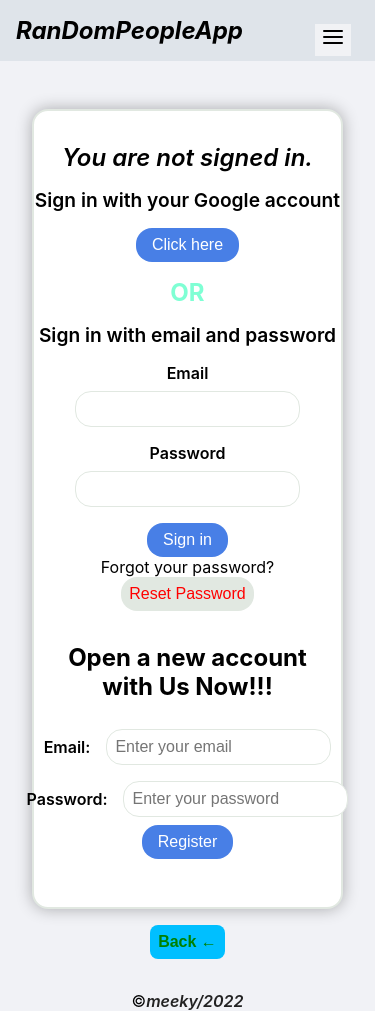
Repository: MikkyPrestige/RandomProfiles
Page: /profile
An editor plug-in stored every save of this project. The page is shown before and after the next save, followed by the edit.
The browser window is 375 px wide. The pictures show the whole page.
The project was rebuilt for these pictures with package versions that can differ from the ones it lists, and the page was loaded fresh each time. Also part of the build but not shown: src/assets/styles/home.css, src/components/home.jsx, src/components/users.jsx, src/assets/styles/search.css, src/components/search.jsx, src/assets/styles/help.css, src/components/help.jsx, src/assets/styles/about.css and 8 more.

Above is the page before, as saved 2022-12-07 03:07:45.

### public/index.html
<!DOCTYPE html>
<html lang="en">

<head>
  <meta charset="utf-8" />
  <link rel="icon" href="%PUBLIC_URL%/favicon.ico" />
  <meta name="viewport" content="width=device-width, initial-scale=1" />
  <meta name="theme-color" content="#000000" />
  <meta name="description" content="Web site created using create-react-app" />
  <link rel="apple-touch-icon" href="%PUBLIC_URL%/logo192.png" />
  <!--
      manifest.json provides metadata used when your web app is installed on a
      user's mobile device or desktop. See https://developers.google.com/web/fundamentals/web-app-manifest/
    -->
  <link rel="manifest" href="%PUBLIC_URL%/manifest.json" />
  <!--
      Notice the use of %PUBLIC_URL% in the tags above.
      It will be replaced with the URL of the `public` folder during the build.
      Only files inside the `public` folder can be referenced from the HTML.

      Unlike "/favicon.ico" or "favicon.ico", "%PUBLIC_URL%/favicon.ico" will
      work correctly both with client-side routing and a non-root public URL.
      Learn how to configure a non-root public URL by running `npm run build`.
    -->
  <title>AltSchool Assignment 2</title>
</head>

<body>
  <noscript>You need to enable JavaScript to run this app.</noscript>
  <div id="root"></div>
  <!--
      This HTML file is a template.
      If you open it directly in the browser, you will see an empty page.

      You can add webfonts, meta tags, or analytics to this file.
      The build step will place the bundled scripts into the <body> tag.

      To begin the development, run `npm start` or `yarn start`.
      To create a production bundle, use `npm run build` or `yarn build`.
    -->
</body>

</html>

### src/index.css
body {
  margin: 0;
  font-family: -apple-system, BlinkMacSystemFont, 'Segoe UI', 'Roboto', 'Oxygen',
    'Ubuntu', 'Cantarell', 'Fira Sans', 'Droid Sans', 'Helvetica Neue',
    sans-serif;
  -webkit-font-smoothing: antialiased;
  -moz-osx-font-smoothing: grayscale;
  background-color: #f1f2f6;
}

code {
  font-family: source-code-pro, Menlo, Monaco, Consolas, 'Courier New',
    monospace;
}

### src/App.jsx
import * as React from "react";
import { ErrorBoundary } from "react-error-boundary";
import { Route, Routes } from "react-router-dom";
import {
  Layout,
  Home,
  Users,
  Search,
  Help,
  About,
  Error,
  ErrorFallBack,
  Profile,
  ProfileDisplay,
  Register,
  UpdatePassword,
  Footer,
} from "./components";

const App = () => {
  return (
    <div className="App">
      <main>
        <ErrorBoundary FallbackComponent={ErrorFallBack}>
          <Layout />
          <Routes>
            <Route path="/" element={<Home />} />
            <Route path="users">
              <Route index element={<Users />} />
              <Route path=":id" element={<Search />} />
            </Route>
            <Route path="profile" element={<Profile />} />
            <Route path="profileDisplay" element={<ProfileDisplay />} />
            <Route path="register" element={<Register />} />
            <Route path="update" element={<UpdatePassword />} />
            <Route path="help" element={<Help />} />
            <Route path="about" element={<About />} />
            <Route path="*" element={<Error />} />
          </Routes>
        </ErrorBoundary>
        <Footer />
      </main>
    </div>
  );
};

export default App;

### src/components/index.js
export {  Layout, Back } from "./layout";
export { default as Home } from "./home";
export { default as Users } from "./users";
export { default as Search } from "./search";
export { default as Help } from "./help";
export { default as About } from "./about";
export { default as Error } from "./error";
export { default as ErrorFallBack } from "./errorFallback";
export { default as Profile } from "./profile";
export { default as ProfileDisplay } from "./profileDisplay";
export { default as Register } from "./register";
export { default as UpdatePassword } from "./update";
export { Footer } from "./avatar";

### src/components/layout.jsx
// LAYOUT COMPONENT - This component is for the App Layout that displays the Navigation bar in the app UI to the user when app is open

import { useState } from "react";
import { NavLink } from "react-router-dom";
import "../assets/styles/layout.css";
import { MdClose } from "react-icons/md";
import { FiMenu } from "react-icons/fi";

const CustomNavLink = ({ to, ...props }) => {
  let activeStyle = {
    textDecoration: "underline",
    color: "red",
  };

  return (
    <NavLink
      style={({ isActive }) =>
        isActive ? activeStyle : { textDecoration: "none" }
      }
      to={to}
      end
      {...props}
    />
  );
};

const LayoutSmall = () => {
  const [nav, setNav] = useState(false);

  const toggleNav = () => {
    setNav(!nav);
  };

  const closeNav = () => {
    setNav(false);
  };

  return (
    <div className="layout small">
      <header className="layout__header">
        <div className="layout__header--text">
          <h1 className="layout__header--title">RanDomPeopleApp</h1>
        </div>
        <nav className="layout__nav">
          <button onClick={toggleNav} className="layout--btn">
            {nav ? (
              <MdClose className="layout__btn--icon" />
            ) : (
              <FiMenu className="layout__btn--icon" />
            )}
          </button>
          <div className={`menuNav ${nav ? " showMenu" : ""}`}>
            <CustomNavLink
              to="/"
              end
              className="nav__item"
              onClick={() => closeNav()}
            >
              Home
            </CustomNavLink>
            <CustomNavLink
              to="profile"
              className="nav__item"
              onClick={() => closeNav()}
            >
              Users
            </CustomNavLink>
            <CustomNavLink
              to="about"
              className="nav__item"
              onClick={() => closeNav()}
            >
              About
            </CustomNavLink>
            <CustomNavLink
              to="help"
              className="nav__item"
              onClick={() => closeNav()}
            >
              Features
            </CustomNavLink>
          </div>
        </nav>
      </header>
    </div>
  );
};

const LayoutLarge = () => {
  return (
    <div className="layout large">
      <header className="layout__header">
        <div className="layout__header--text">
          <h1 className="layout__header--title">RanDomPeopleApp</h1>
        </div>
        <nav className="layout__nav">
          <div className="nav__items--large">
            <CustomNavLink to="/" className="nav__item--large">
              Home
            </CustomNavLink>
            <CustomNavLink to="profile" className="nav__item--large">
              Users
            </CustomNavLink>
            <CustomNavLink to="about" className="nav__item--large">
              About
            </CustomNavLink>
            <CustomNavLink to="help" className="nav__item--large">
              Features
            </CustomNavLink>
          </div>
        </nav>
      </header>
    </div>
  );
};

const Layout = () => {
  return (
    <div>
      <LayoutSmall />
      <LayoutLarge />
    </div>
  );
};

//  Navigate back home button
const Back = () => {
  const [isHover, setIsHover] = useState(false);

  const handleMouseEnter = () => {
    setIsHover(true);
  };

  const handleMouseLeave = () => {
    setIsHover(false);
  };

  const style = {
    border: "none",
    borderRadius: ".5rem",
    padding: " .5rem",
    fontSize: "1rem",
    fontWeight: "600",
    cursor: "pointer",
    backgroundColor: isHover ? "lightblue" : "rgb(0, 191, 255)",
    color: isHover ? "#f00" : "green",
  };

  return (
    <NavLink to="/" className="back__button">
      <button
        style={style}
        onMouseEnter={handleMouseEnter}
        onMouseLeave={handleMouseLeave}
      >
        Back ←{" "}
      </button>
    </NavLink>
  );
};

export { Layout, Back };

### src/components/profile.jsx
import {
  signInWithRedirect,
  auth,
  provider,
  getRedirectResult,
  onAuthStateChanged,
  createUserWithEmailAndPassword,
  // RecaptchaVerifier,
  // signInWithPhoneNumber,
  signInWithEmailAndPassword,
  sendPasswordResetEmail,
} from "../config";
import { useEffect, useState } from "react";
import { useNavigate } from "react-router-dom";
import "../assets/styles/profile.css";
import { Back } from "./layout";

const Profile = () => {
  const [user, setUser] = useState(null);
  const [signedIn, setSignedIn] = useState(false);
  // sign in form state
  const [email, setEmail] = useState("");
  const [password, setPassword] = useState("");
  const [error, setError] = useState(null);
  // Register form state
  const [registerEmail, setRegisterEmail] = useState("");
  const [registerPassword, setRegisterPassword] = useState("");
  const [registerError, setRegisterError] = useState(null);

  const navigate = useNavigate();

  // handle register form
  const handleRegister = (e) => {
    e.preventDefault();
    createUserWithEmailAndPassword(auth, registerEmail, registerPassword)
      .then(() => {
        // Signed in
        console.log("User account created & signed in!");
      })
      .catch((registerError) => {
        if (registerError.code === "auth/email-already-in-use") {
          setRegisterError("This email address is already in use!");
        }
        if (registerError.code === "auth/invalid-email") {
          setRegisterError("This email address is invalid!");
        }
        if (registerError.code === "auth/weak-password") {
          setRegisterError("Password should be at least 6 characters");
        }
        console.error(registerError);
      });
  };

  // sign in with email and password
  const handleSignIn = (e) => {
    e.preventDefault();
    signInWithEmailAndPassword(auth, email, password)
      .then(() => {
        console.log("User signed in!");
      })
      .catch((error) => {
        if (error.code === "auth/wrong-password") {
          setError("Wrong password!");
        }
        if (error.code === "auth/user-not-found") {
          setError("User not found!");
        }
        console.error(error);
      });
  };

  // handle sign In
  const signIn = (e) => {
    e.preventDefault();
    signInWithRedirect(auth, provider);
  };

  // Send a password reset email
  const handlePasswordReset = (e) => {
    e.preventDefault();
    sendPasswordResetEmail(auth, email)
      .then(() => {
        // console.log("Password reset email sent!");
        alert("Password reset email sent!");
      })
      .catch((error) => {
        const errorCode = error.code;
        const errorMessage = error.message;
        // console.error(errorMessage, errorCode);
        alert(errorMessage, errorCode);
      });
  };

  // Get redirect result
  useEffect(() => {
    getRedirectResult(auth)
      .then((result) => {
        if (result) {
          setSignedIn(true);
        } else {
          console.log("No user");
        }
      })
      .catch((error) => {
        console.log(error);
      });
  }, [navigate]);

  // Check auth state
  useEffect(() => {
    onAuthStateChanged(auth, (user) => {
      if (user) {
        navigate("/users");
      } else {
        setUser(null);
      }
    });
  }, [navigate]);

  return (
    <div className="profile">
      <div className="profile__container">
        <div className="profile__desc">
          <div className="profile__user">
            <div className="sign__wrapper">
              <h1 className="profile__title">You are not signed in.</h1>
              <h2 className="sign__heading">
                Sign in with your Google account
              </h2>
              <button onClick={signIn} className="sign__btn">
                Click here
              </button>
              <p className="or">OR</p>
              <h2 className="sign__heading">Sign in with email and password</h2>
              <form onSubmit={handleSignIn} className="sign__form">
                <label htmlFor="email" className="sign__label">
                  Email
                </label>
                <input
                  type="email"
                  name="email"
                  id="email"
                  value={email}
                  onChange={(e) => setEmail(e.target.value)}
                  className="sign__input"
                />
                <label htmlFor="password" className="sign__label">
                  Password
                </label>
                <input
                  type="password"
                  name="password"
                  id="password"
                  value={password}
                  onChange={(e) => setPassword(e.target.value)}
                  className="sign__input"
                />
                {error && <p className="error">{error}</p>}
                <button type="submit" className="sign__btn">
                  Sign in
                </button>
              </form>
              <div>
                <span>Forgot your password? </span>
                <button onClick={handlePasswordReset} className="btn">
                  Reset Password
                </button>
              </div>
            </div>
            <div className="register__container">
              <h2 className="register__title">
                Open a new account with Us Now!!!
              </h2>
              <form onSubmit={handleRegister} className="register__form">
                <div className="register__group">
                  <label htmlFor="email" className="register__label">
                    Email:
                  </label>
                  <input
                    type="email"
                    name="email"
                    value={registerEmail}
                    placeholder="Enter your email"
                    onChange={(e) => setRegisterEmail(e.target.value)}
                    className="register__input"
                  />
                </div>
                <div className="register__group">
                  <label htmlFor="password" className="register__label">
                    Password:
                  </label>
                  <input
                    type="password"
                    name="password"
                    placeholder="Enter your password"
                    value={registerPassword}
                    onChange={(e) => setRegisterPassword(e.target.value)}
                    className="register__input"
                  />
                </div>
                {registerError && <p className="error">{registerError}</p>}
                <button type="submit" className="sign__btn">
                  Register
                </button>
              </form>
            </div>
          </div>
        </div>
        <Back />
      </div>
    </div>
  );
};

export default Profile;

### src/components/avatar.jsx
// AVATAR COMPONENT - This component is for the Images used in the app.

import "../assets/styles/layout.css";

export const Avatar = ({ image = "", alt = "", style = {} }) => {
  return (
    <div className="avatar">
      <img src={image} alt={alt} style={style} />
    </div>
  );
};

// FOOTER COMPONENT - for the attribution

export const Footer = () => {
  return (
    <div className="attribution">
      <footer>
        &copy;
        <a
          href="https://github.com/MeekyBerry"
          target="_blank"
          rel="noreferrer"
          className="footer"
        >
          meeky/2022
        </a>
      </footer>
    </div>
  );
};

### src/assets/styles/layout.css
.layout {
  background-color: #dfe4ea;
  width: 100%;
}

.layout__nav {
  display: flex;
  align-items: center;
  justify-content: space-between;
  position: relative;
  padding-right: 2rem;
}

.layout__header {
  display: flex;
  justify-content: space-between;
  align-items: center;
}

.layout__header--title {
  font-style: oblique;
  padding-left: 2rem;
}

.layout--btn {
  position: fixed;
  top: 1.5rem;
  right: 1.5rem;
  z-index: 10;
  background-color: #f1f2f5;
  border: none;
  font-size: 1.5rem;
  cursor: pointer;
}

.menuNav {
  position: fixed;
  top: 6rem;
  right: 0;
  width: 0;
  max-width: 10rem;
  height: 100%;
  background-color: #f1f2f5;
  z-index: 5;
  overflow: hidden;
}

.menuNav.showMenu {
  width: 100%;
  transition: all 2s ease-in;
  -webkit-transition: all 2s ease-in;
  -moz-transition: all 2s ease-in;
  -ms-transition: all 2s ease-in;
  -o-transition: all 2s ease-in;
}

.nav__items {
  display: flex;
  align-items: center;
  list-style: none;
}

.nav__item {
  font-size: 1.2rem;
  padding: 1rem;
  text-transform: uppercase;
  display: block;
  text-align: center;
  text-transform: uppercase;
  color: #0046dc;
}

.nav__item:hover {
  color: #7dd5c6;
}

.nav__items--large {
  display: flex;
  gap: 2rem;
}

.nav__item--large {
  text-transform: uppercase;
  font-size: 1.1rem;
  font-weight: 700;
  letter-spacing: .2rem;
  color: #0046dc;
}

.attribution {
  text-align: center;
}

.footer {
  color: #222;
  text-decoration: none;
  cursor: pointer;
  font-style: italic;
  font-weight: 600;
}

/* MEDIA QUERY TO HIDE THE NAVIGATION BAR HAMBURGER ON LARGE SCREENS */
@media screen and (max-width: 500px) {
  .layout__header--title {
    font-size: 1.5rem;
    padding-left: 1rem;
  }

  .layout__nav {
    padding-right: 1rem;
  }

  .nav__item {
    font-size: 1rem;
  }
}

@media screen and (min-width: 768px) {
  .small {
    display: none;
  }

  .large {
    display: block;
  }
}

@media screen and (max-width: 768px) {
  .small {
    display: block;
  }

  .large {
    display: none;
  }
}

@media screen and (max-width: 900px) {
  .nav__item--large {
    font-size: 1rem;
    margin-right: -.5rem;
  }

}

### src/assets/styles/users.css
.users {
  background-color: #fff;
  border: 1px solid #ccc;
  border-radius: 0.5rem;
  padding: 1rem;
  margin: 1rem;
}

.users__container {
  display: flex;
  flex-direction: column;
  justify-content: center;
  align-items: center;
}

.users__heading {
  text-align: center;
  text-transform: uppercase;
  font-size: 1.5rem;
  font-weight: bold;
  margin-bottom: 1rem;
}

.users__list {
  list-style: none;
  padding: 2rem;
  margin: 1rem auto;
  width: 85%;
  display: grid;
  grid-template-columns: repeat(3, minmax(200px, 1fr));
  grid-gap: 3rem;
}

.user__items {
  border-bottom: 1px solid #ccc;
}

.user__item {
  background-color: #fff;
  border: 1px solid #ccc;
  border-radius: 0.5rem;
  padding: 1rem;
}

.user__img {
  width: 80%;
  border-radius: 10%;
  margin-left: 1rem;
}

/* BUTTON BELOW */
.btn__container {
  display: flex;
  justify-content: center;
  align-items: center;
}

.active:hover {
  background-color: #ced6e0;
  color: #1e90ff;
}

.active:active {
  background-color: #70a1ff;
  color: #ced6e0;
}

.btn__array {
  padding: 0.5rem;
  margin: 0.5rem;
  font-size: 1rem;
  border-radius: 0.5rem;
  border: none;
  cursor: pointer;
}

.search__box {
  display: flex;
  justify-content: center;
  align-items: center;
}

.search__link {
  background-color: #fff;
  border: 1px solid #ccc;
  color: #1e90ff;
  border-radius: 1rem;
  width: 18rem;
  padding: 0.5rem;
  margin: 1rem;
  font-size: 1rem;
  font-weight: bold;
  cursor: pointer;
  text-align: center;
  text-decoration: none;
  animation: search 1s ease-in-out infinite;
}

.search__link:hover {
  background-color: #1e90ff;
  color: #fff;
  animation: none;
}

.search__link:active {
  background-color: #70a1ff;
  color: #fff;
  animation: none;
}

@keyframes search {
  0% {
    transform: scale(1);
  }

  50% {
    transform: scale(1.2);
  }

  100% {
    transform: scale(1);
  }
}

### src/config/index.js
// Import the functions you need from the SDKs you need
import { initializeApp } from "firebase/app";
import {
  getAuth,
  signInWithRedirect,
  GoogleAuthProvider,
  getRedirectResult,
  onAuthStateChanged,
  createUserWithEmailAndPassword,
  RecaptchaVerifier,
  signInWithPhoneNumber,
  signInWithEmailAndPassword,
  sendPasswordResetEmail,
  updatePassword,
  signOut,
  deleteUser,
} from "firebase/auth";

// web app's Firebase configuration
const firebaseConfig = {
  apiKey: "AIzaSyCfrfw6chi091bWLqJvanxAUTxgJ5XqEu0",
  authDomain: "random-people-app.firebaseapp.com",
  projectId: "random-people-app",
  storageBucket: "random-people-app.appspot.com",
  messagingSenderId: "1097586453252",
  appId: "1:1097586453252:web:4575afe7663a752ae77e51",
};

// Initialize Firebase
const app = initializeApp(firebaseConfig);
// Setup Google auth provider
const provider = new GoogleAuthProvider();

const auth = getAuth();

export {
  app,
  provider,
  auth,
  signInWithRedirect,
  getRedirectResult,
  onAuthStateChanged,
  createUserWithEmailAndPassword,
  RecaptchaVerifier,
  signInWithPhoneNumber,
  signInWithEmailAndPassword,
  sendPasswordResetEmail,
  updatePassword,
  signOut,
  deleteUser,
};

### src/assets/styles/profile.css
.profile {
  padding: 2rem;
  height: 100%;
}

.or {
  font-size: 1.5rem;
  color: #7fffd4;
  font-weight: bold;
  margin: 1rem 0;
}

.profile__container {
  display: flex;
  flex-direction: column;
  align-items: center;
  justify-content: center;
}

.profile__desc {
  text-align: center;
  max-width: 500px;
  width: 100%;
  margin: 1rem;
}

.profile__user {
  background-color: #fff;
  border: 2px solid #e1e8e1;
  border-radius: 1rem;
  box-shadow: 0 0 1rem rgba(0, 0, 0, 0.3);
  padding: 1rem 0;
}

.profile__title {
  font-size: 2rem;
  font-weight: 600;
  font-style: oblique;
}

.profile__paragraph {
  margin: 2rem 0;
}

.profile__detail {
  font-size: 1.2rem;
  font-weight: 400;
}

.profile__link {
  font-size: 1.2rem;
  font-weight: 600;
  background-color: #0651dd;
  color: #f1f2f6;
  padding: 0.4rem;
  border-radius: 0.5rem;
  text-decoration: none;
}

.profile__link:hover {
  background-color: #1550bd;
  color: #fff;
  text-decoration: underline;
}

.profile__buttons {
  display: flex;
  flex-direction: column;
  align-items: center;
  gap: .5rem;
}

.btn__wrapper {
  display: flex;
  justify-content: center;
  align-items: center;
  gap: 5rem;
  margin-top: .5rem;
}

.btn__link {
  font-size: 1.3rem;
  font-weight: 600;
  color: green;
  text-decoration: none;
}

.btn__link:hover {
  text-decoration: underline;
}

.btn {
  background-color: #e1e8e1;
  color: red;
  border: none;
  border-radius: 1rem;
  padding: .5rem;
  font-size: 1rem;
  cursor: pointer;
}

.btn:hover {
  background-color: #d1d8d1;
  color: #0651ddbb;
}

.btn:active {
  background-color: #c1c8c1;
  color: #0651ddbb;
}

.sign__btn {
  background-color: #0651ddbb;
  color: #fff;
  border: none;
  border-radius: 1rem;
  padding: .5rem 1rem;
  font-size: 1rem;
  cursor: pointer;
}

.sign__btn:hover {
  background-color: #0651dd;
  color: #fff;
}

.sign__btn:active {
  background-color: #0651dd;
  color: #fff;
}

.sign__heading {
  font-size: 1.2rem;
  font-weight: 600;
  text-align: center;
  margin-bottom: 1rem;
}

.sign__form {
  display: flex;
  flex-direction: column;
  justify-content: center;
  align-items: center;
}

.sign__label {
  font-size: 1rem;
  font-weight: 600;
  margin-bottom: .5rem;
}

.sign__input {
  border: 1px solid #e1e8e1;
  border-radius: 1rem;
  padding: .5rem;
  font-size: 1rem;
  margin-bottom: 1rem;
}

.sign__input:focus {
  outline: none;
}

.register {
  padding: 2rem;
  height: 100%;
}

.register__container {
  margin: 2rem;
  text-align: center;
}

.register__title {
  font-size: 1.5rem;
  font-weight: 700;
  text-align: center;
}

.register__phone {
  font-size: 1.2rem;
  font-weight: 600;
  text-align: center;
  margin-top: 1rem;
}

.register__form {
  display: flex;
  flex-direction: column;
  justify-content: center;
  align-items: center;
  margin: 1rem;
}

.register__form--title {
  font-size: 1.2rem;
  font-weight: 600;
}

.register__group {
  display: flex;
  justify-content: center;
  align-items: center;
  gap: 1rem;
  margin: .5rem;
}

.register__label {
  font-size: 1rem;
  font-weight: 600;
}

.register__input {
  border: 1px solid #e1e8e1;
  border-radius: 1rem;
  padding: .5rem;
  font-size: 1rem;
}

.register__input:focus {
  outline: none;
}

.error {
  color: red;
  font-size: 1rem;
  font-weight: 600;
  margin-top: -.5rem;
}

@media screen and (max-width: 600px) {
  .profile__container {
    flex-direction: column;
    align-items: center;
    justify-content: center;
  }

  .profile__title {
    font-size: 1.5rem;
  }

  .profile__detail {
    font-size: 1rem;
  }

}

Loaded but not shown: src/index.js (common file)

After the next save:
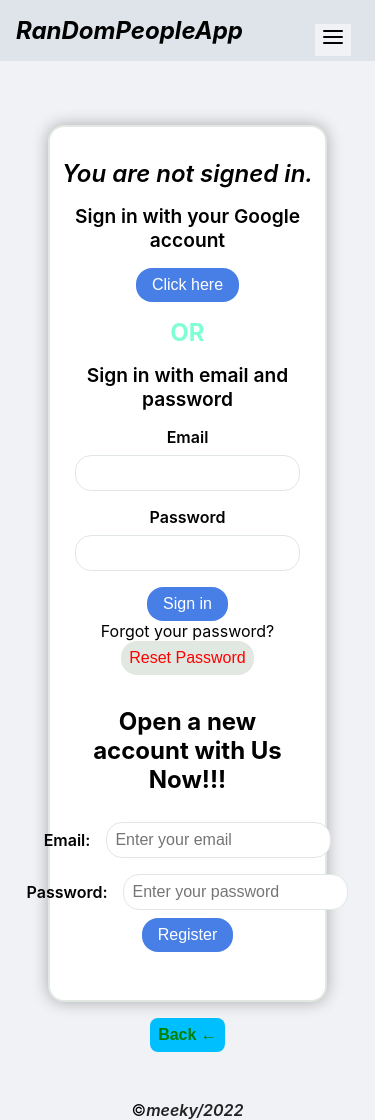
Saved 27 s later.
--- a/src/assets/styles/profile.css
+++ b/src/assets/styles/profile.css
@@ -230,9 +230,7 @@
 
 @media screen and (max-width: 600px) {
   .profile__container {
-    flex-direction: column;
-    align-items: center;
-    justify-content: center;
+    padding: 1rem;
   }
 
   .profile__title {

After the 2 saves that followed:
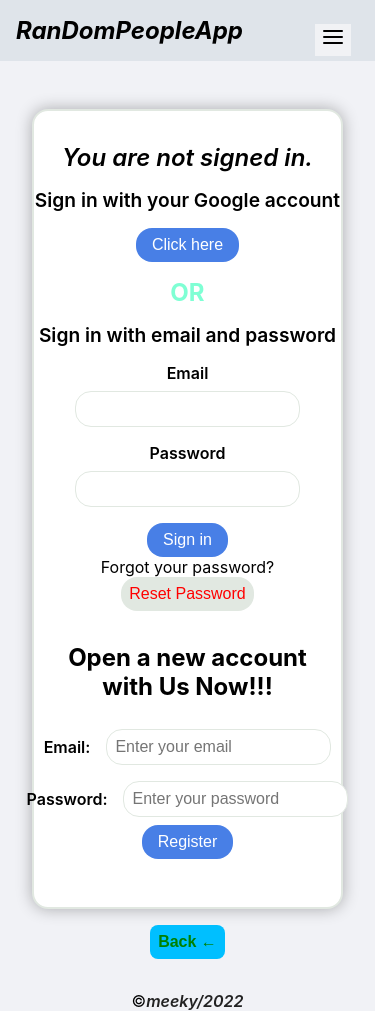
The 2 saves are shown as one change because 1 left the picture as it was.
The last was saved 85 s later.
--- a/src/assets/styles/profile.css
+++ b/src/assets/styles/profile.css
@@ -229,8 +229,12 @@
 }
 
 @media screen and (max-width: 600px) {
-  .profile__container {
+  /* .profile__container {
     padding: 1rem;
+  } */
+
+  .profile__desc {
+    margin: 1rem 0;
   }
 
   .profile__title {
